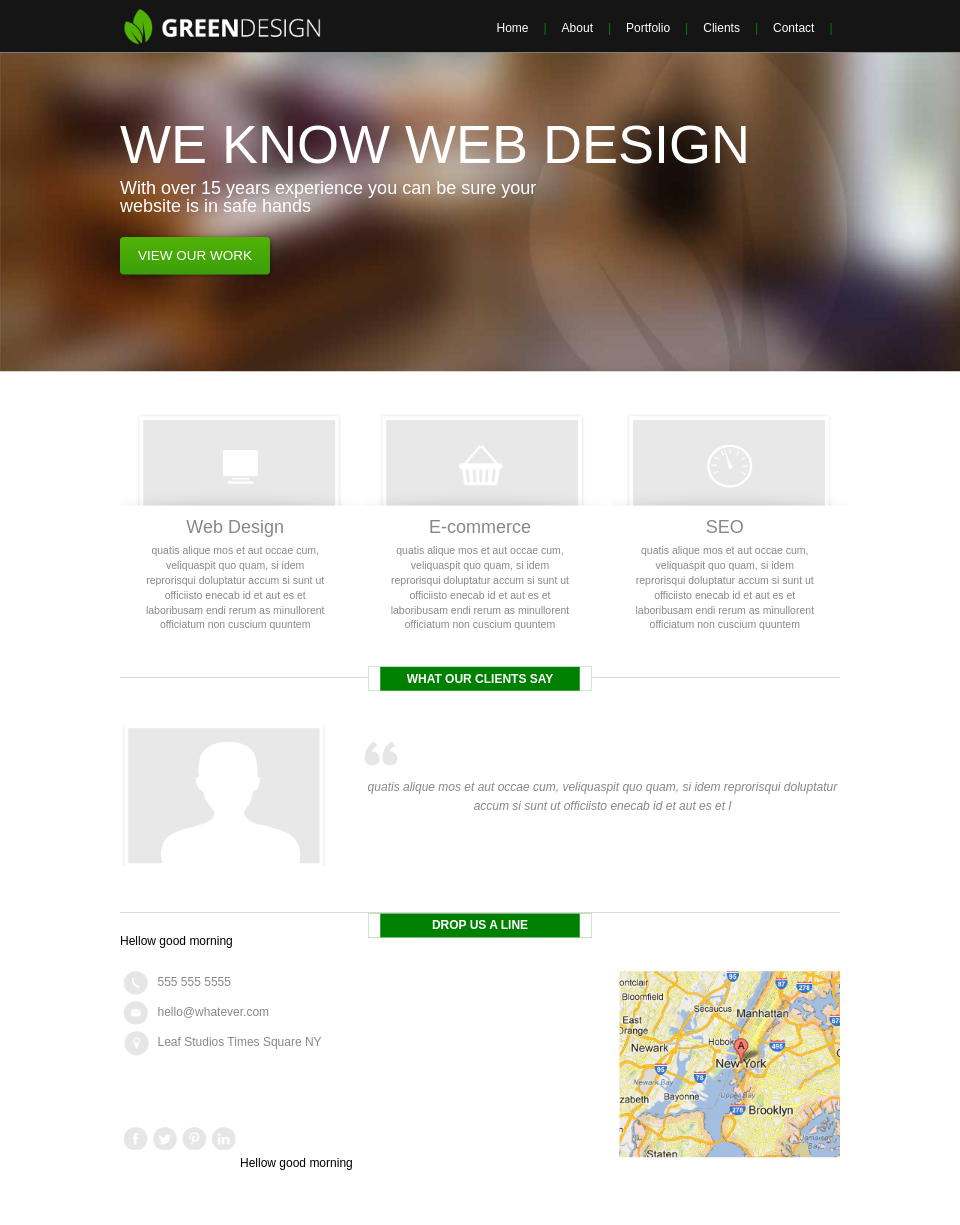
Repository: prathmeshgodbole/Javascript
Page: Basics/Jquery/index.html
An editor plug-in stored every save of this project. The page is shown before and after the next save, followed by the edit.
The browser window is 1280 px wide. The pictures show the whole page, at 75% of full size.

Above is the page before, as saved 2020-08-07 15:45:04.

After the next save:
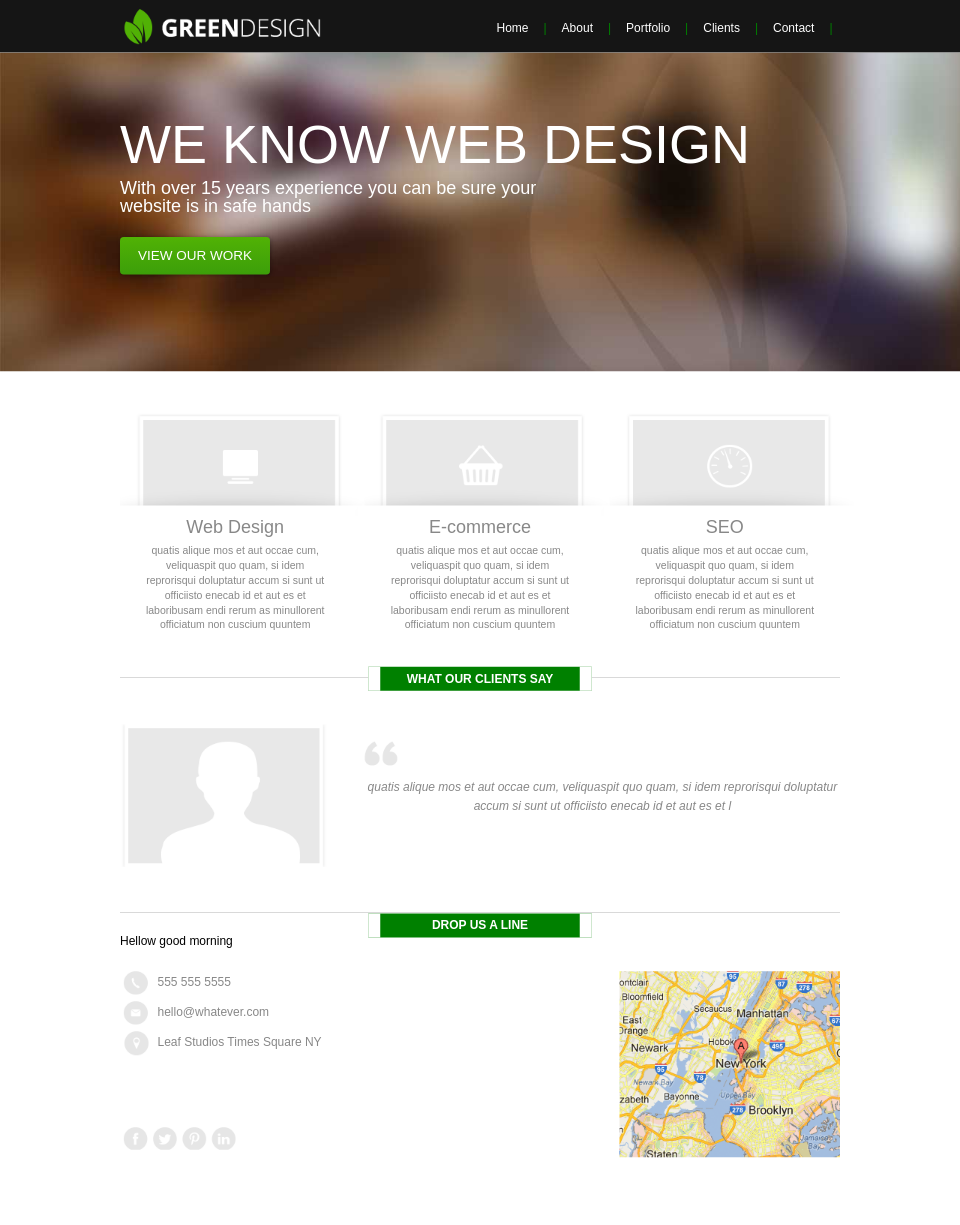
Saved 17 s later.
--- a/Basics/Jquery/scripts/adding-content.js
+++ b/Basics/Jquery/scripts/adding-content.js
@@ -1,6 +1,6 @@
  var paragraph = "<div>Hellow good morning</div>";
  //append()
- $("#contact").append(paragraph);
+ //$("#contact").append(paragraph);
  //  //prepend()
  $("#contact").prepend(paragraph);
  //  //before()
